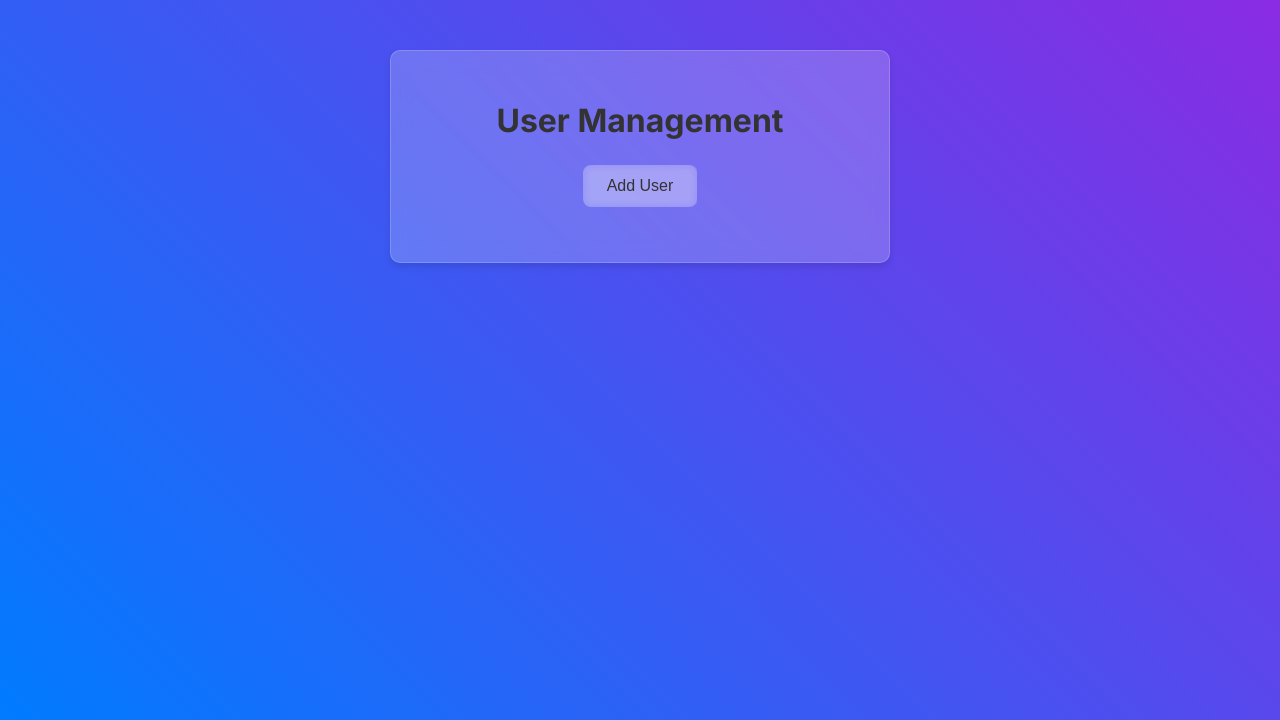
Repository: EeeeeEyyyy/crud-proj
Page: /
The author's editor kept a copy of each file at every save. The page is drawn from the files as they stood at one save, then again after the next save.
The browser window is 1280 px wide. The pictures show the whole page.
The page's requests for data from a server got no answer. The project was rebuilt for these pictures with package versions that can differ from the ones it lists, and the page was loaded fresh each time. The framework's server and built-in components were replaced by stand-ins that run in the browser. No one was signed in, and anything a server would have sent is missing. Also part of the build but not shown: next.config.mjs.

Above is the page before, as saved 2024-06-24 15:06:52.

After the next save:
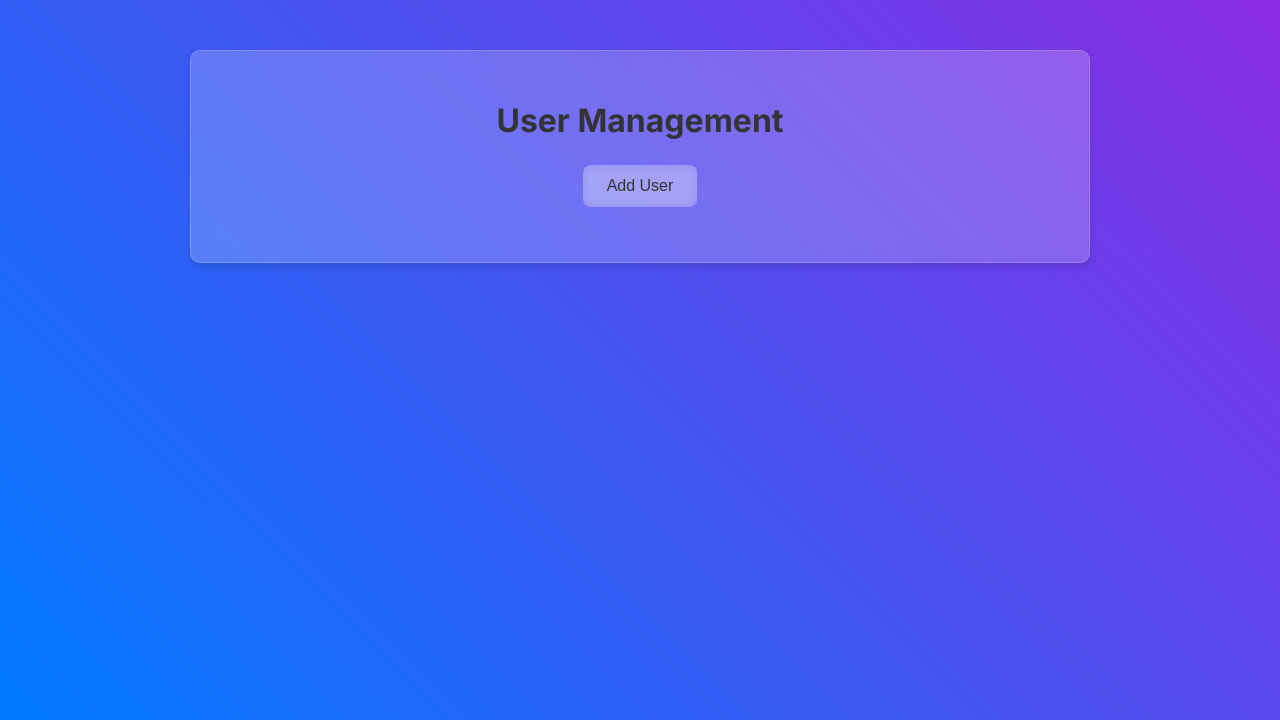
Saved 14 s later.
--- a/src/app/globals.css
+++ b/src/app/globals.css
@@ -334,7 +334,7 @@ input {
   border-radius: 4px;
   font-size: 16px;
 }
-.container { max-width: 500px; margin: 50px auto; padding: 50px; background: rgba(255, 255, 255, 0.2); border: 1px solid rgba(255, 255, 255, 0.18); border-radius: 10px; backdrop-filter: blur(10px); box-shadow: 0 4px 6px rgba(0, 0, 0, 0.1); text-align: center; }
+.container { max-width: 900px; margin: 50px auto; padding: 50px; background: rgba(255, 255, 255, 0.2); border: 1px solid rgba(255, 255, 255, 0.18); border-radius: 10px; backdrop-filter: blur(10px); box-shadow: 0 4px 6px rgba(0, 0, 0, 0.1); text-align: center; }
 h1 { font-size: 2em; margin-bottom: 20px; color: #333; }
 .glassButton { background: rgba(255, 255, 255, 0.2); border: none; padding: 12px 24px; font-size: 16px; color: #333; cursor: pointer; outline: none; transition: background-color 0.3s ease, transform 0.3s ease; backdrop-filter: blur(5px); border-radius: 8px; margin: 5px; }
 .glassButton:hover { background: rgba(255, 255, 255, 0.3); transform: scale(1.05); }
